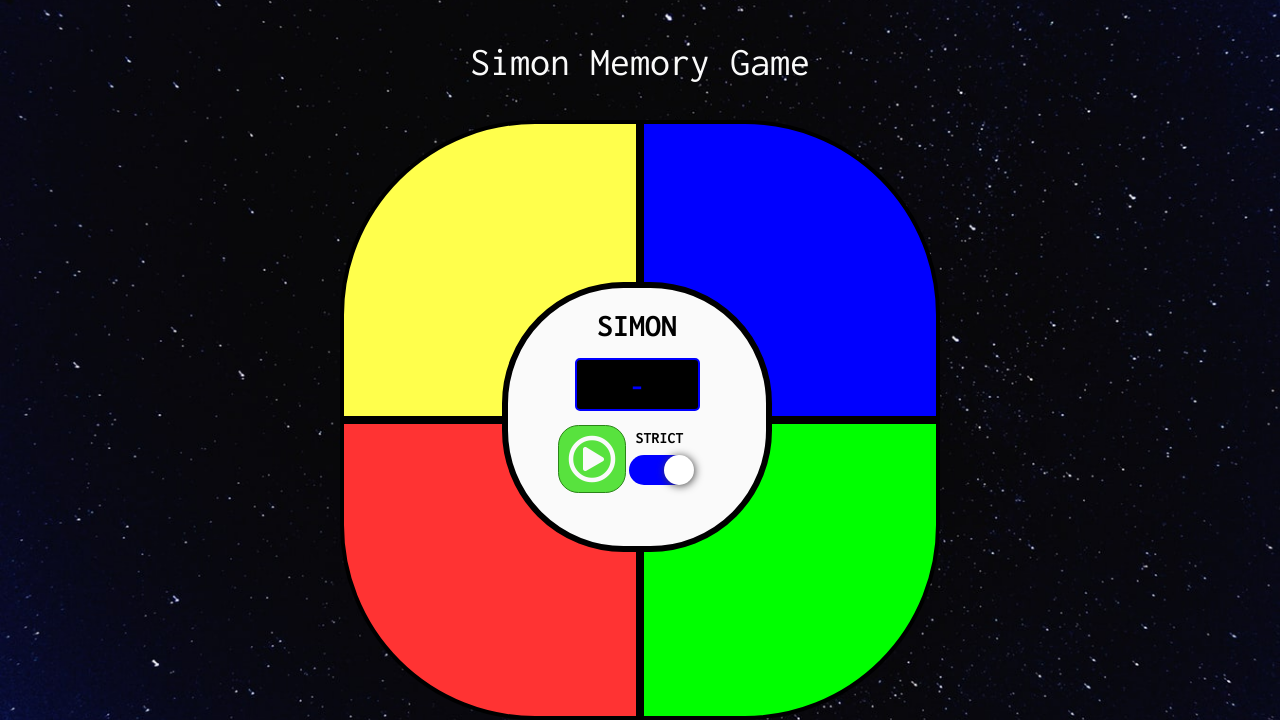
Repository: 5803emma/milestone2-simongame
Page: index.html
The author's editor kept a record of every edit. The page is drawn from the files as they stood at one moment, then again after the next edit.
The browser window is 1280 px wide. The pictures show the whole page.
An inner scrolling area shows only its first screen. Some web libraries are served in a nearby version.

Above is the page before.

After the next edit:
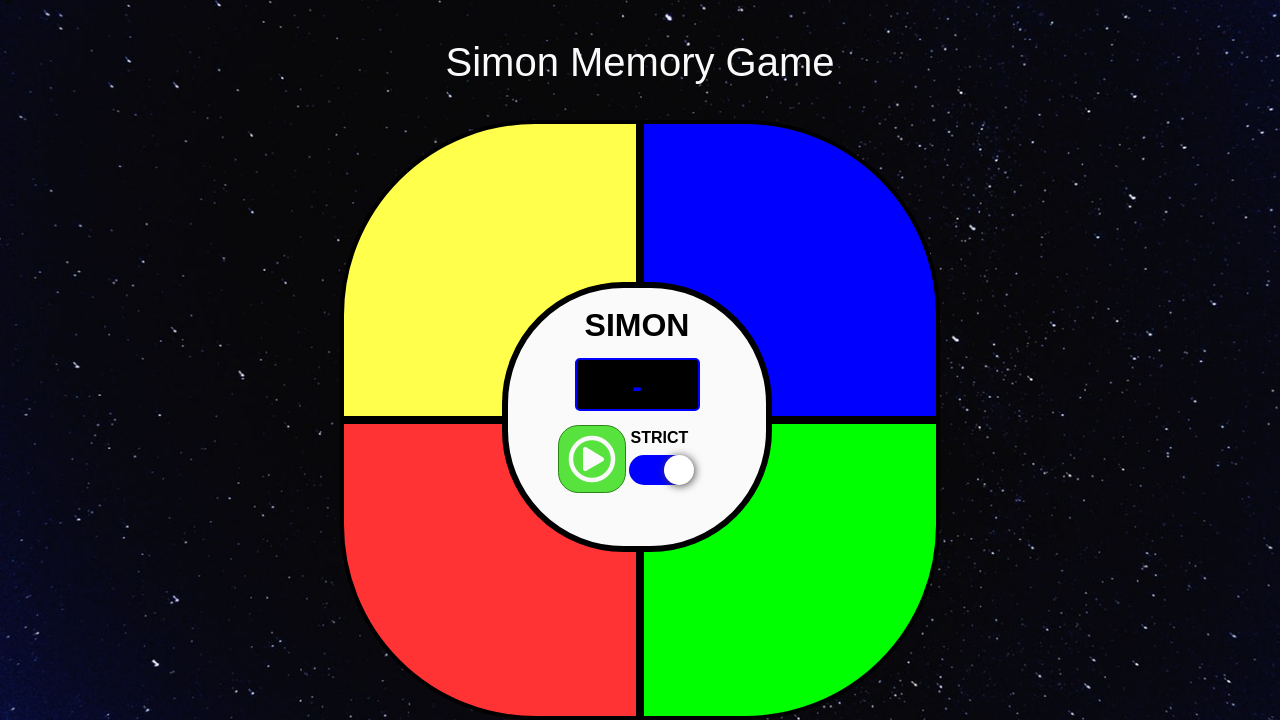
The edit:
--- a/assets/css/style.css
+++ b/assets/css/style.css
@@ -1,4 +1,4 @@
-@import url('https://fonts.googleapis.com/css?family=Inconsolata:400,700&display=swap');
+@import url('https://fonts.googleapis.com/css?family=Righteous&display=swap');
 @import url('https://fonts.googleapis.com/css?family=Roboto:400,400i&display=swap');
 
 html,
